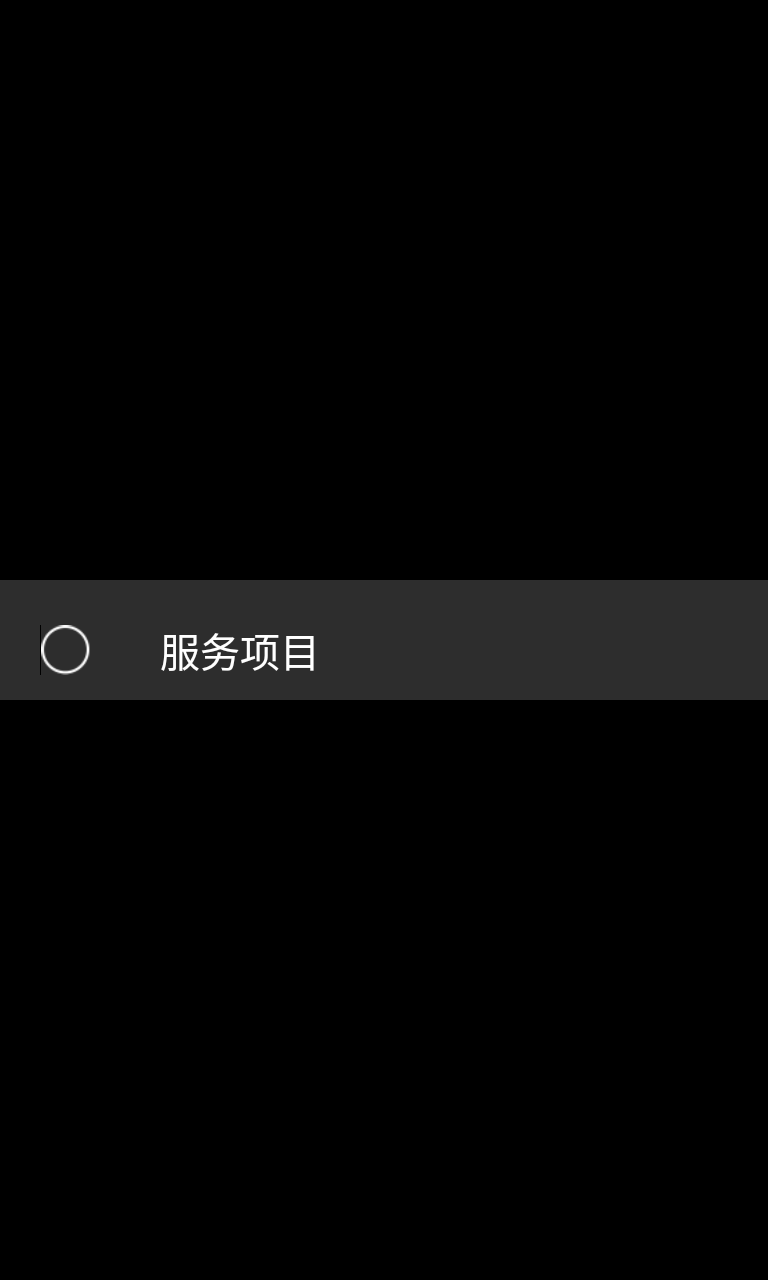
Repository: appleseedez/rongmeme-android
Layout: rmm/res/layout/star_small_item_custom.xml
These files come from the project's save history. The layout is drawn as it stood at one moment and after the next save; the edit follows.
It is drawn on a 768 x 1280 px phone screen (xhdpi) without system bars, with theme AppTheme; the app's code is not run.

Above is the layout before, as saved 2014-07-02 13:07:42.

### rmm/res/layout/star_small_item_custom.xml
<?xml version="1.0" encoding="utf-8"?>
<LinearLayout xmlns:android="http://schemas.android.com/apk/res/android"
    android:layout_width="match_parent"
    android:layout_height="wrap_content"
    android:gravity="center_vertical"
    android:orientation="horizontal" >

    <RelativeLayout
        android:id="@+id/ssi_top_navigation_bar"
        android:layout_width="fill_parent"
        android:layout_height="60dp"
        android:background="#44aaaaaa"
        android:gravity="center_vertical" >

        <CheckBox
            android:id="@+id/ssic_small_category_checkbox_imageButton"
            style="@style/CustomCheckboxTheme"
            android:layout_width="40dp"
            android:layout_height="40dp"
            android:layout_alignParentLeft="true"
            android:layout_centerVertical="true"
            android:layout_marginLeft="20dp"
            android:scaleType="center" />

        <TextView
            android:id="@+id/ssic_small_category_name_title"
            android:layout_width="wrap_content"
            android:layout_height="wrap_content"
            android:layout_alignParentRight="true"
            android:layout_centerVertical="true"
            android:layout_marginLeft="20dp"
            android:layout_toRightOf="@id/ssic_small_category_checkbox_imageButton"
            android:singleLine="true"
            android:text="@string/ssia_small_category_name_title_text"
            android:textColor="@color/white"
            android:textSize="20sp" />

        <View
            android:layout_width="match_parent"
            android:layout_height="1.5dp"
            android:background="@null" >
        </View>
    </RelativeLayout>

</LinearLayout>

### rmm/res/values/styles.xml
<resources xmlns:android="http://schemas.android.com/apk/res/android">

    <!-- Application theme. -->
    <style name="AppTheme" parent="@android:style/Theme.Black.NoTitleBar">
        <!-- All customizations that are NOT specific to a particular API-level can go here. -->
    </style>

    <style name="CustomCheckboxTheme" parent="@android:style/Widget.CompoundButton.CheckBox">
        <item name="android:button">@drawable/checkbox_style</item>
    </style>

    <style name="title">
        <item name="android:layout_height">wrap_content</item>
        <item name="android:layout_width">wrap_content</item>
        <item name="android:background">@null</item>
        <item name="android:gravity">center</item>
        <item name="android:textColor">@android:color/white</item>
        <item name="android:textSize">18sp</item>
    </style>

    <style name="button" parent="@style/title">
        <item name="android:background">@drawable/btn_button</item>
    </style>

    <style name="title.small" parent="@style/title">
        <item name="android:textSize">16sp</item>
    </style>

    <style name="itembg">
        <item name="android:background">#44aaaaaa</item>
        <item name="android:minHeight">60dip</item>
        <item name="android:paddingBottom">14dip</item>
        <item name="android:paddingLeft">20dip</item>
        <item name="android:paddingRight">20dip</item>
        <item name="android:paddingTop">14dip</item>
    </style>

    <style name="edit">
        <item name="android:layout_height">wrap_content</item>
        <item name="android:layout_width">wrap_content</item>
        <item name="android:textColorHint">@android:color/white</item>
        <item name="android:background">@drawable/edit</item>
        <item name="android:textColor">#797979</item>
        <item name="android:paddingLeft">10dip</item>
    </style>

    <style name="ratingbar" parent="@android:style/Widget.RatingBar">
        <item name="android:progressDrawable">@drawable/ratingbar</item>
        <item name="android:indeterminateDrawable">@drawable/ratingbar</item>
        <item name="android:minHeight">22dip</item>
        <item name="android:maxHeight">22dip</item>
    </style>

    <style name="share">
        <item name="android:layout_height">wrap_content</item>
        <item name="android:layout_width">wrap_content</item>
        <item name="android:minHeight">120dip</item>
        <item name="android:scaleType">centerInside</item>
        <item name="android:background">#44aaaaaa</item>
    </style>

    <style name="dialog" parent="@android:style/Theme.Dialog">
        <item name="android:windowIsTranslucent">false</item>
        <item name="android:windowNoTitle">true</item>
        <item name="android:windowFrame">@null</item>
        <item name="android:windowBackground">@android:color/transparent</item>
        <item name="android:windowIsFloating">true</item>
        <item name="android:windowContentOverlay">@null</item>
        <item name="android:windowTitleStyle">@null</item>
        <item name="android:windowAnimationStyle">@android:style/Animation.Dialog</item>
        <item name="android:windowSoftInputMode">stateUnspecified|adjustPan</item>
        <item name="android:backgroundDimEnabled">false</item>
        <item name="android:background">@android:color/transparent</item>
    </style>

    <style name="order_server_empty">
        <item name="android:layout_height">wrap_content</item>
        <item name="android:layout_width">0dp</item>
        <item name="android:drawableTop">@drawable/icon_order_server_empty</item>
        <item name="android:gravity">center_horizontal</item>
        <item name="android:drawablePadding">10dp</item>
        <item name="android:text">@string/order_server_text_default</item>
        <item name="android:textColor">@android:color/white</item>
        <item name="android:textSize">16sp</item>
    </style>

</resources>

### rmm/res/values/strings.xml
<?xml version="1.0" encoding="utf-8"?>
<resources>
    <string name="app_name">蓉么么</string>
    <string name="menu_settings">Settings</string>
    <string name="pull_to_refresh_tap_label">Tap to refresh</string>
    <string name="pull_to_refresh_refreshing_label">刷新</string>
    <string name="pull_to_refresh_footer_refreshing_label">加载中</string>
    <string name="refresh_down_text">下拉刷新</string>
    <string name="refresh_release_text">松开后刷新</string>
    <string name="xlistview_header_hint_normal">下拉刷新</string>
    <string name="xlistview_header_hint_ready">松开刷新数据</string>
    <string name="xlistview_header_hint_loading">正在加载...</string>
    <string name="xlistview_header_last_time">上次更新时间：</string>
    <string name="xlistview_footer_hint_normal">查看更多</string>
    <string name="xlistview_footer_hint_ready">松开载入更多</string>
    <string name="no_network_connected_status_pop">亲网络不给力啊</string>
    <string name="no_location_error">暂时无法获取当前位置</string>
    <string name="nha_no_net_work_toast">亲，没有网络，请返回在设置中打开网络连接才能定位。</string>
    <!-- dengjie -->
    <string name="back_navigation_imagebutton_desc">返回按钮</string>
    <string name="cleaning_tv_title_text">保洁</string>
    <string name="cleaning_view_flow_btn_text">观看流程</string>
    <string name="cleaning_custom_flow_btn_text">我要定制</string>
    <string name="si_big_category_start_level_imageview_desc">保洁星级服务大类icon</string>
    <string name="si_big_category_pull_down_imageButton_desc">保洁星级下拉按钮icon</string>
    <string name="ssi_small_category_name_title_text">服务项目</string>
    <string name="ssi_small_category_checkbox_imageButton_desc">勾选框</string>
    <string name="he_tv_title_text">钟点工</string>
    <string name="he_next_flow_button_desc">钟点工下一步按钮</string>
    <string name="employee_default_nickname_text">钟艳</string>
    <string name="employee_head_portrait_imageview_des">钟点工的圆角头像</string>
    <string name="ca_tip_msg_textview_defalut_text">您选择了一星保洁服务</string>
    <string name="ca_confirm_appointment_btn_text">确认预约</string>
    <string name="ca_contact_custom_service_text">联系客服</string>
    <string name="ssia_small_category_checkbox_imageButton_desc">勾选框</string>
    <string name="ssia_small_category_name_title_text">服务项目</string>
    <string name="cc_confirm_appointment_btn_text">确认预约</string>
    <string name="cc_contact_custom_service_text">联系客服</string>
    <string name="cc_tip_msg_textview_defalut_text">请选择您需要的服务</string>
    <string name="cc_tv_title_text">自选服务</string>
    <string name="hsa_tv_title_text">预约</string>
    <string name="hsa_tip_msg_textview_defalut_text">您已选择以下服务人员</string>
    <string name="hsa_send_appointment_btn_text">发送预约</string>
    <string name="hsa_phone_textview_hint">请输入手机号码</string>
    <string name="nmd_msg_content_textview_default_text">预约单已经发送\n稍后客服人员会通过\n%s\n联系您</string>
    <string name="nmd_msg_content_textview_default_faild_text">亲网络不好，请稍等一下</string>
    <string name="nmd_close_btn_desc">弹出框的描述</string>
    <string name="sss_tv_title_text">选择门店</string>
    <string name="he_send_appointment_no_phone_error">请输入手机号</string>
    <string name="confirm_custom_appointment_no_check">请选择服务内容</string>

    <item name="cleaning_big_category_tag" type="id"></item>

    <!-- dengjie -->

	<!-- Common -->
	  <string name="image_content_description">占位图标</string>

    <!-- Portal -->
    <string name="activity_label_app_portal">AppPortal</string>
    <string name="label_app_portal_user_center">个人中心</string>
    <string name="label_app_portal_dry_cleaning">干洗</string>
    <string name="label_app_portal_scan_barcode">扫一扫</string>

    <!-- Navigator -->
    <string name="label_navigator_backward">返回</string>
    <string name="label_navigator_forward"></string>
    <string name="label_navigator_forward_refresh">刷新</string>
    <string name="label_navigator_forward_comment">评价</string>
    <string name="label_navigator_title"></string>

    <!-- Dry Cleaning -->
    <string name="activity_label_dry_cleaning_portal">干洗</string>
    <string name="activity_label_dry_cleaning_reservation">干洗预约单</string>
    <string name="dry_cleaning_navigator_title">干洗列表</string>
    <string name="dry_cleaning_navigator_forward">选择</string>
    <string name="dry_cleaning_reserve_title">干洗预约</string>
    <string name="dry_cleaning_reserve_support">联系客服</string>
    <string name="dry_cleaning_reserve_telephone">联系电话</string>
    <string name="dry_cleaning_reserve_address">联系地址</string>
    <string name="dry_cleaning_reserve_confirmed">确认预定</string>
    <string name="dry_cleaning_reserve_failture">预定失败</string>
     <string name="dry_cleaning_reserve_disclaimer_title">免责声明</string>
    <string name="dry_cleaning_reserve_disclaimer">免责声明免责声明免责声明免责声明免责声明免责声明免责声明免责声明免责声明免责声明免责声明免责声明免责声明免责声明免责声明免责声明免责声明免责声明免责声明免责声明免责声明免责声明免责声明免责声明免责声明免责声明免责声明免责声明</string>
    <string name="dry_cleaning_reserve_disclaimer_accept">同意</string>
    <string name="dry_cleaning_reserve_disclaimer_notification">请查看并同意免责声明</string>
    <string name="dry_cleaning_reserve_good">物品</string>
    <string name="dry_cleaning_reserve_amount">数量</string>
    <string name="dry_cleaning_reserve_price">单价</string>
    <string name="dry_cleaning_reserve_total_price">总计</string>
    <string name="dry_cleaning_reserve_send_reservation">发送预约</string>
    <string name="dry_cleaning_reserve_notification_part_a">预约单已经发送\n稍后客服人员会通过\n</string>
    <string name="dry_cleaning_reserve_notification_part_b">\n联系您</string>

    <!-- User Center -->
    <string name="activity_label_user_center_portal">个人中心</string>
    <string name="activity_label_user_order_detail">订单详情</string>
    <string name="activity_label_user_profile">个人设置</string>
    <string name="user_center_forward_label">个人设置</string>
    <string name="user_profile_telephone_label">联系电话</string>
    <string name="user_profile_address_label">联系地址</string>
    <string name="user_profile_address_changed_success">修改成功</string>
    <string name="user_profile_address_changed_failture">修改失败</string>
    <string name="title_activity_order_portal">OrderPortal</string>

    <!-- User Order -->
    <string name="order_type_text_unknown">未知订单</string>
    <string name="order_type_text_cleaning">保洁订单</string>
    <string name="order_type_text_dry_cleaning">干洗订单</string>
    <string name="order_status_text_unknown">未服务</string>
    <string name="order_status_text_pending">未服务</string>
    <string name="order_status_text_unassigned">处理中</string>
    <string name="order_status_text_serving">服务中</string>
    <string name="order_status_text_served">已完成</string>
    <string name="order_status_text_served_text">服务完成</string>
    <string name="order_status_text_cancelled">取消</string>
    <string name="order_service_text_title">名称</string>
    <string name="order_service_text_amount">数量</string>
    <string name="order_service_text_price">单价</string>
    <string name="order_service_text_total_price">总计</string>

    <!-- Payment -->
    <string name="payment_alipay_label">使用支付宝支付</string>
    <string name="payment_alipay_success">支付成功</string>
    <string name="payment_alipay_failture">支付成功</string>
    <string name="payment_order_type_cleaning">蓉么么保洁服务订单</string>
    <string name="payment_order_type_dry_cleaning">蓉么么干洗服务订单</string>
    <string name="payment_order_type_hourly_worker">蓉么么钟点工服务订单</string>
    <string name="payment_order_description">随便说说就好 这是文案</string>
</resources>

### rmm/res/values/colors.xml
<?xml version="1.0" encoding="utf-8"?>
<resources>

    <color name="title">#ba4c62</color>
    <color name="black">#000000</color>
    <color name="white">#FFFFFF</color>
    <color name="blue">#6BADF6</color>
    <!-- 自定义的颜色，通用颜色 -->
    <!-- R:180 G:174 B:165 距离可以删除-->

    <!-- R197G191B186 -->
    <color name="R197G191B186">#C5BFBA</color>
    <color name="R199G183B161">#C7B7A1</color>
    <color name="R144G140B131">#6B6557</color>
    <color name="R96G99B102">#606366</color>
    <color name="R219G185B111">#DBB96F</color>
    <color name="R61G85B1">#3D5501</color>

	<color name="backgroud_black">#66222222</color>
	<color name="backgroud_white">#66FFFFFF</color>

	<color name="R61G85B1">#618510</color>
</resources>

### rmm/res/drawable/checkbox_style.xml
<?xml version="1.0" encoding="utf-8"?>
<selector xmlns:android="http://schemas.android.com/apk/res/android">

    <item android:drawable="@drawable/btn_check_s" android:state_checked="true"/>
    <item android:drawable="@drawable/btn_check_n" android:state_checked="false"/>
    <item android:drawable="@drawable/btn_check_n"/>

</selector>

After the next save:
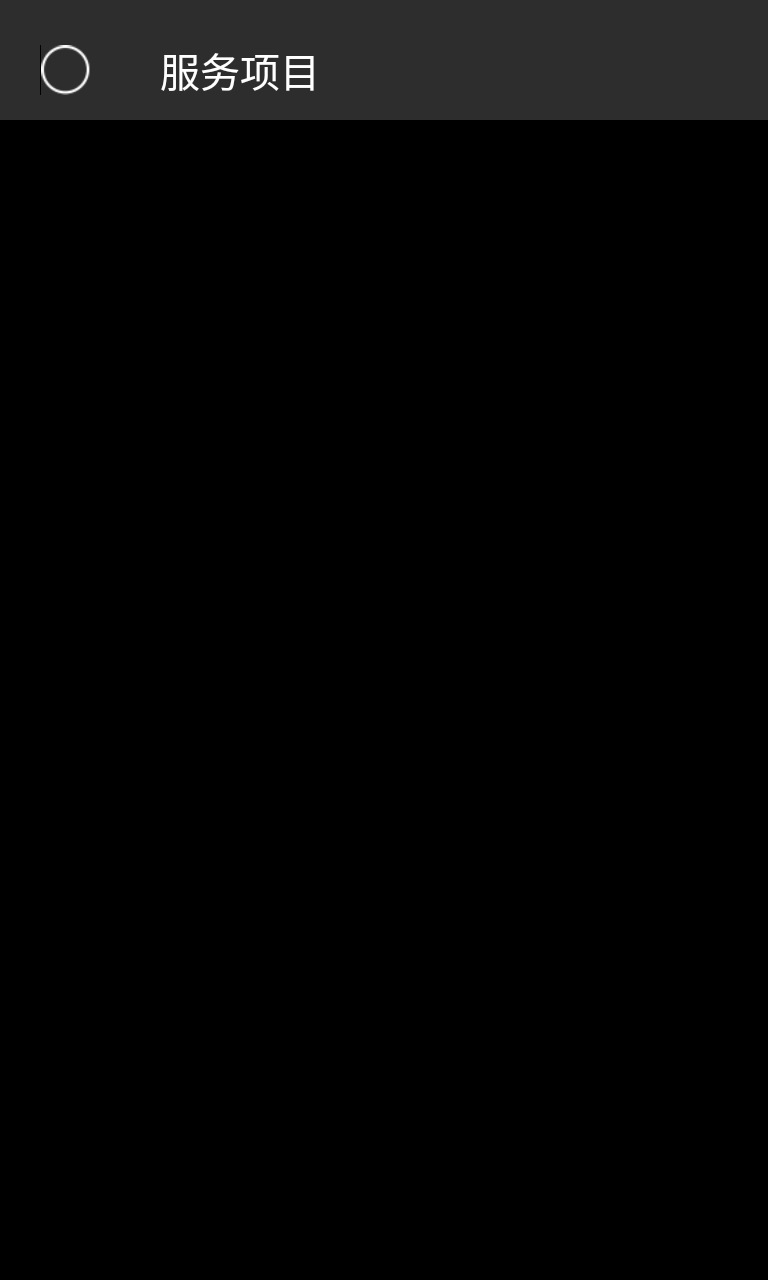
Saved 8 s later.
--- a/rmm/res/layout/star_small_item_custom.xml
+++ b/rmm/res/layout/star_small_item_custom.xml
@@ -2,7 +2,6 @@
 <LinearLayout xmlns:android="http://schemas.android.com/apk/res/android"
     android:layout_width="match_parent"
     android:layout_height="wrap_content"
-    android:gravity="center_vertical"
     android:orientation="horizontal" >
 
     <RelativeLayout
